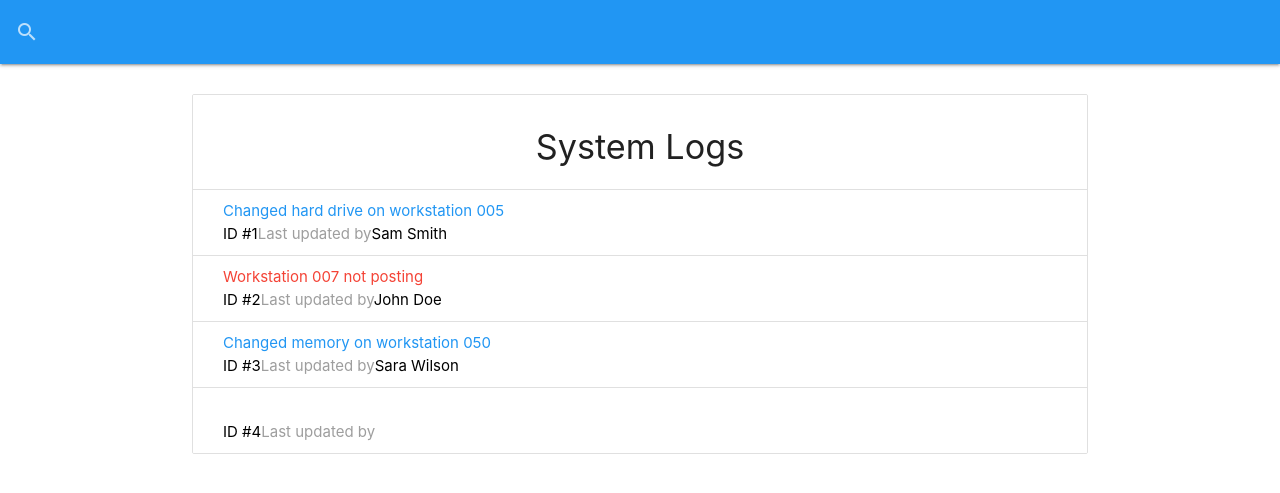
Repository: Takudzwa413/it-logger
Page: /
These files come from the project's save history. The page is drawn as it stood at one moment and after the next save; the edit follows.
The browser window is 1280 px wide. The pictures show the whole page.
The project was rebuilt for these pictures with package versions that can differ from the ones it lists, and the page was loaded fresh each time. Requests to the local data server were answered from the project's data file.

Above is the page before, as saved 2020-06-24 03:44:06.

### public/index.html
<!DOCTYPE html>
<html lang="en">
  <head>
    <meta charset="utf-8" />
    <link rel="icon" href="%PUBLIC_URL%/favicon.ico" />
    <meta name="viewport" content="width=device-width, initial-scale=1" />
    <meta name="theme-color" content="#000000" />
    <meta
      name="description"
      content="Web site created using create-react-app"
      />
    <link rel="apple-touch-icon" href="%PUBLIC_URL%/logo192.png" />

    <link rel="manifest" href="%PUBLIC_URL%/manifest.json" />
    <link href="https://fonts.googleapis.com/icon?family=Material+Icons"
      rel="stylesheet">

    <title>IT-LOGGER</title>
  </head>
  <body>
    <noscript>You need to enable JavaScript to run this app.</noscript>
    <div id="root"></div>

  </body>
</html>

### src/App.js
import React, { useEffect, Fragment } from "react";
import SearchBar from "./components/layout/SearchBar";
import Logs from "./components/logs/Logs";

import "materialize-css/dist/css/materialize.min.css";
import M from "materialize-css/dist/js/materialize.min.js";
import "./App.css";

const App = () => {
  useEffect(() => {
    //INIT Materialize
    M.AutoInit();
  });
  return (
    <Fragment>
      <SearchBar />
      <div className='container'>
        <Logs />
      </div>
    </Fragment>
  );
};
export default App;

### src/components/layout/SearchBar.js
import React from "react";

function SearchBar() {
  return (
    <nav style={{ marginBottom: "30px" }} className='blue'>
      <div className='nav-wrapper'>
        <form>
          <div className='input-field'>
            <input id='search' type='search' />
            <label className='label-icon' for='search'>
              <i className='material-icons'>search</i>
            </label>
            <i className='material-icons'>close</i>
          </div>
        </form>
      </div>
    </nav>
  );
}

export default SearchBar;

### src/components/logs/Logs.js
import React, { useEffect, useState } from "react";
import LogItem from "./LogItem";

function Logs() {
  const [logs, setLogs] = useState([]);
  const [loading, setLoading] = useState(false);

  useEffect(() => {
    getLogs();
  }, []);

  const getLogs = async () => {
    setLoading(true);
    const res = await fetch("/logs");
    const data = await res.json();

    setLogs(data);
    setLoading(false);
  };

  if (loading) {
    return <h4>Loading...</h4>;
  }

  return (
    <ul className='collection with-header'>
      <li className='collection-header'>
        <h4 className='center'>System Logs</h4>
      </li>
      {!loading && logs.length === 0 ? (
        <p className='center'>No Logs to show...</p>
      ) : (
        logs.map((log) => <LogItem log={log} key={log.id} />)
      )}
    </ul>
  );
}

export default Logs;

### src/components/logs/LogItem.js
import React from "react";
import Moment from "react-moment";
import PropTypes from "prop-types";

const LogItem = ({ log }) => {
  return (
    <li className='collection-item'>
      <div>
        <a
          href='#edit-log-modal'
          className={`modal-trigger ${
            log.attention ? "red-text" : "blue-text"
          }`}
        >
          {log.message}
        </a>
        <br />
        <span className='grey-text'>
          <span className='black-text'>ID #{log.id}</span>Last updated by{""}
          <span className='black-text'>{log.tech}</span>
        </span>
      </div>
    </li>
  );
};

LogItem.propTypes = {
  log: PropTypes.object.isRequired,
};

export default LogItem;

### db.json
{
  "logs": [
    {
      "id": 1,
      "message": "Changed hard drive on workstation 005",
      "attention": false,
      "date": "03-02-2019",
      "tech": "Sam Smith"
    },
    {
      "id": 2,
      "message": "Workstation 007 not posting",
      "attention": true,
      "date": "03-02-2019",
      "tech": "John Doe"
    },
    {
      "id": 3,
      "message": "Changed memory on workstation 050",
      "attention": false,
      "date": "03-02-2019",
      "tech": "Sara Wilson"
    },
    {
      "id": 4
    }
  ],
  "techs": [
    {
      "id": 1,
      "firstName": "John",
      "lastName": "Doe"
    },
    {
      "id": 2,
      "firstName": "Sam",
      "lastName": "Smith"
    },
    {
      "id": 3,
      "firstname": "Sara",
      "lastName": "Wilson"
    }
  ]
}

Loaded but not shown: src/index.js (common file); src/App.css (no stored copy; drawn as an empty file)

After the next save:
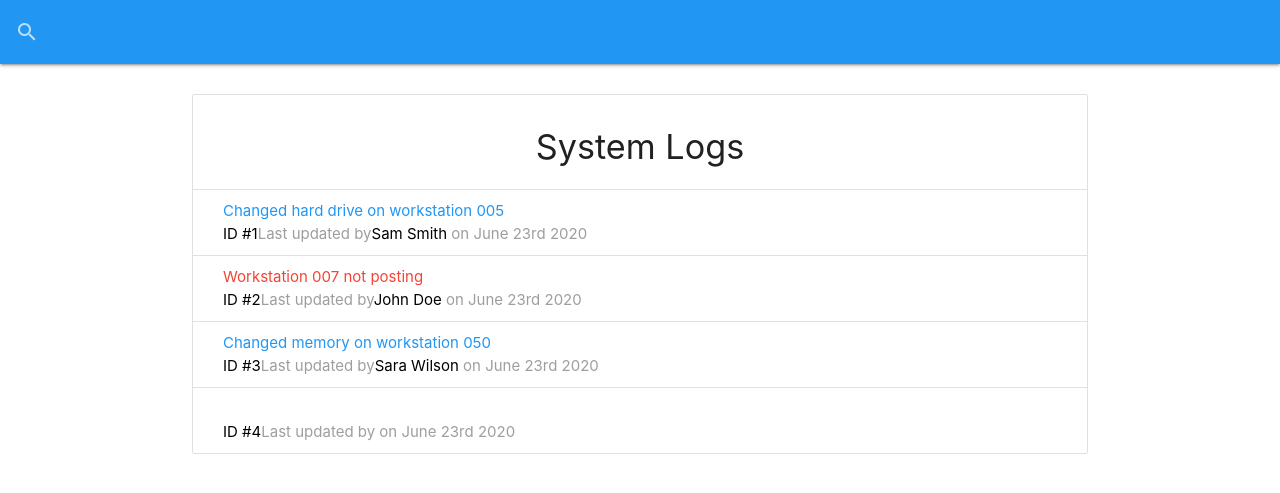
Saved 3 min 33 s later.
--- a/src/components/logs/LogItem.js
+++ b/src/components/logs/LogItem.js
@@ -17,7 +17,8 @@ const LogItem = ({ log }) => {
         <br />
         <span className='grey-text'>
           <span className='black-text'>ID #{log.id}</span>Last updated by{""}
-          <span className='black-text'>{log.tech}</span>
+          <span className='black-text'>{log.tech}</span> on{" "}
+          <Moment format='MMMM Do YYYY' />
         </span>
       </div>
     </li>
